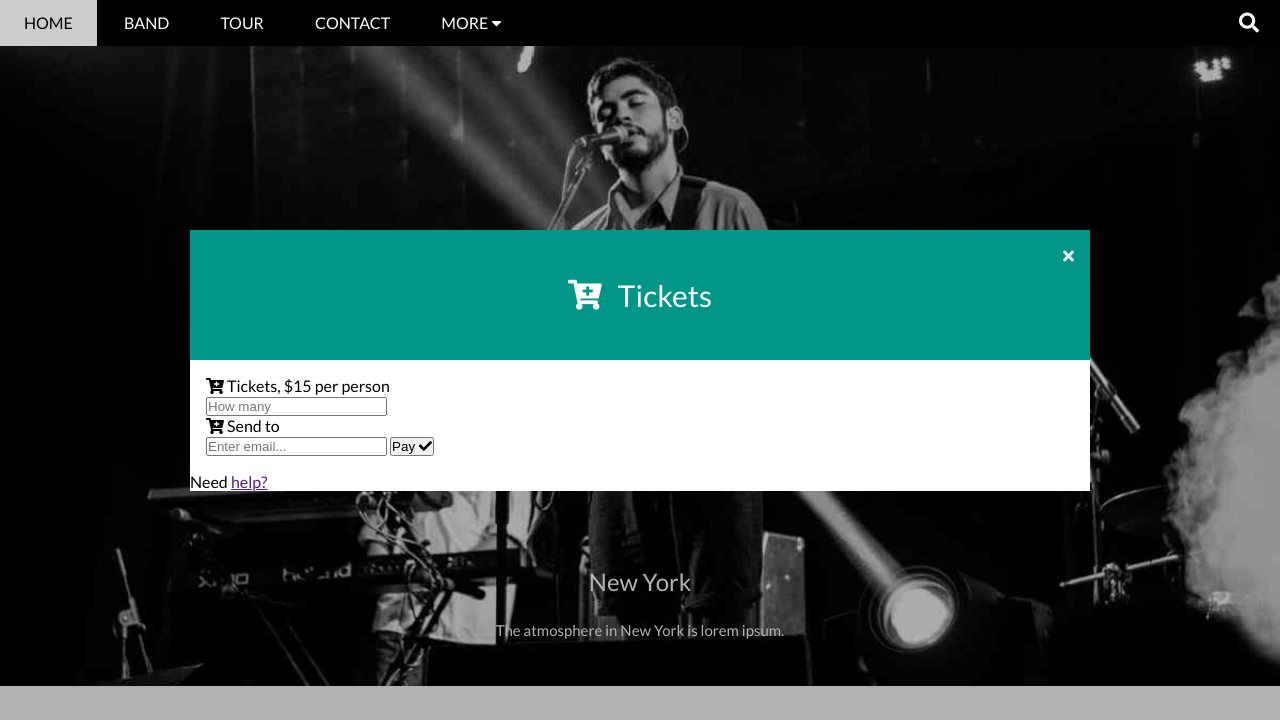
Repository: phunobi1807/theband
Page: index.html
These files come from the project's save history. The page is drawn as it stood at one moment and after the next save; the edit follows.
The browser window is 1280 px wide. The pictures show the window.
A layer covers the whole window, so only the first screen is drawn.

Above is the page before, as saved 2021-07-16 19:57:34.

After the next save:
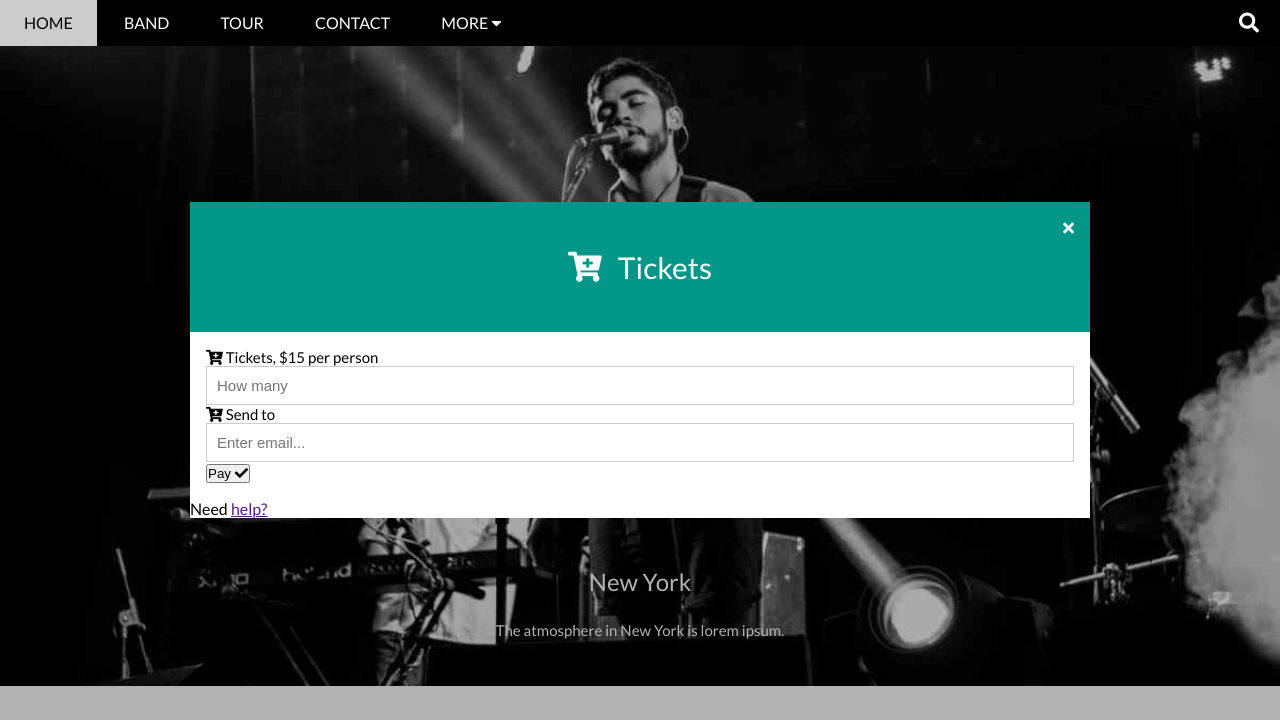
Saved 5 min 37 s later.
--- a/assets/css/style.css
+++ b/assets/css/style.css
@@ -331,4 +331,12 @@ html {
 .modal-label
 {
     display: block;
-}
+    font-size: 15px;
+}
+.modal-input
+{
+    border: 1px solid #ccc;
+    width: 100%;
+    padding: 10px;
+    font-size: 15px;
+}
